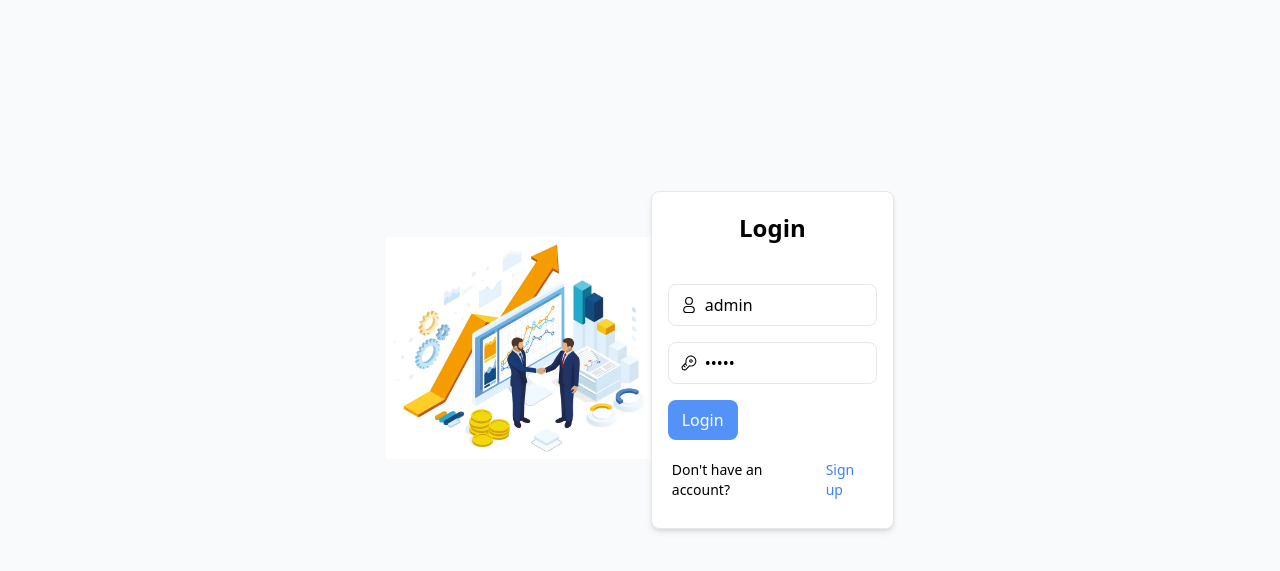
Repository: Fortivera/yourestate
Page: /
These files come from the project's save history. The page is drawn as it stood at one moment and after the next save; the edit follows.
The browser window is 1280 px wide. The pictures show the whole page.
The project was rebuilt for these pictures with package versions that can differ from the ones it lists, and the page was loaded fresh each time. The framework's server and built-in components were replaced by stand-ins that run in the browser. Also part of the build but not shown: next.config.js.

Above is the page before, as saved 2023-11-02 15:07:59.

### src/app/layout.tsx
import './globals.css'



export const metadata = {
  title: 'Home',
  description: "great explanation of something",
}

export default function RootLayout({ children }: { children: React.ReactNode }) {
  return (
    <html lang="en">
      <body>
        {children}
      </body>
    </html>
  );
}

### src/app/page.tsx
import Link from "next/link";
import Image from "next/image";
import SvgNewUser from "public/static/SvgNewUser";
import SvgPassword from "public/static/SvgPassword";

export default function Login() {
  return (
    <div className="min-h-screen bg-gray-50 flex items-center justify-center">
      <div className="flex justify-center items-center w-full px-4 py-10 tablet:w-[540px]">
        <div className="flex flex-col items-center w-full laptop:flex-row tablet:flex-col mobile:flex-col">
          {/** Image */}
          <figure className="w-full laptop:w-[600px] mb-6">
            <Image
              src="/static/growth.jpg"
              alt="login page picture"
              layout="responsive"
              width={600}  // Set the width for desktop/laptop view
              height={700}
              className="max-w-full"
            />
          </figure>
          {/** Form */}
          <div className="w-full px-4 pb-6 pt-5 bg-white border rounded-lg shadow-md">
            <h1 className="text-2xl font-semibold text-center mb-4">Login</h1>
            <div className="w-full mt-10 mb-4 relative">
              <label className="text-sm" htmlFor="Name">
                <SvgNewUser width={18} height={18} className={"absolute left-3 top-3"} />
              </label>
              <input
                defaultValue="admin"
                id="Name"
                type="text"
                name="Name"
                placeholder="Username"
                autoComplete="given-name"
                required
                className="block w-full border rounded-lg py-2 pl-9 mt-1 focus:ring focus:ring-blue-300"
              />
            </div>
            <div className="w-full mb-4 relative">
              <label className="text-sm" htmlFor="Password">
                <SvgPassword width={18} height={18} className={"absolute left-3 top-3"} />
              </label>
              <input
                defaultValue="admin"
                id="Password"
                type="password"
                name="Password"
                placeholder="Password"
                required
                className="block w-full border rounded-lg py-2 pl-9 mt-1 focus:ring focus:ring-blue-300"
              />
            </div>
            <button type="button" aria-label="Sign-in button" className="bg-[#5392f7] text-white rounded-lg w-1/3 py-2 mb-4 hover:bg-[#3b83f6]">
              <Link href="/dashboard">Login</Link>
            </button>
            <div className="flex text-sm justify-center">
              <div className="p-1">Don't have an account?</div>
              <Link href="/user" className="text-blue-500 hover:underline p-1">
                Sign up
              </Link>
            </div>
          </div>
        </div>
      </div>
    </div>
  );
}

### src/app/globals.css

@import url('https://fonts.googleapis.com/css2?family=Lora:ital,wght@0,400;0,500;0,600;1,400;1,500;1,600&family=Montserrat:ital,wght@0,300;0,400;0,500;0,600;1,300;1,400;1,500;1,600&family=Poppins:ital,wght@0,300;0,400;0,500;0,600;0,700;0,800;0,900;1,300;1,400;1,500;1,600;1,700;1,800;1,900&family=Noto+Sans:ital,wght@0,300;0,400;0,500;0,600;0,700;0,800;0,900;1,300;1,400;1,500;1,600;1,700;1,800;1,900&display=swap');

@tailwind base;
@tailwind components;
@tailwind utilities;

.navbarDark{
  background-color:rgb(45 48 56 );
  color: #ddd;
}
.navbarLight {
  background-color: rgb(59 130 246 / 0.5);
  color: black;
}
.propertyListLight {
  background-color: rgb(249 250 251);
  color: black;
  border-color: rgb(229 231 235);
  }
.propertyListDark {
  background-color:rgb(45 48 56 / 0.95);
  color: #ddd;

}
.searchbarLight {
  background-color: rgb(248 250 252);
  color: black;

}
.searchbarDark {
  background-color:rgb(100 116 139 / 0.6);
  color: #ddd;
}
.propertyLight {
  background-color: rgb(249 250 251);
  color: black;

}
.propertyDark {
  background-color:rgb(45 48 56 / 0.95);
  color: #ddd;
}

### public/static/SvgNewUser.tsx
import * as React from "react"
import { SVGProps } from "react"
const SvgNewUser = (props: SVGProps<SVGSVGElement>) => (
  <svg
    xmlns="http://www.w3.org/2000/svg"
    width={800}
    height={800}
    fill="none"
    viewBox="0 0 24 24"
    {...props}
  >
    <g fill="#000" fillRule="evenodd" clipRule="evenodd">
      <path d="M12 2.75a3.75 3.75 0 1 0 0 7.5 3.75 3.75 0 0 0 0-7.5ZM6.75 6.5a5.25 5.25 0 1 1 10.5 0 5.25 5.25 0 0 1-10.5 0ZM4.25 18.571a5.321 5.321 0 0 1 5.321-5.321h4.858a5.321 5.321 0 0 1 5.321 5.321 4.179 4.179 0 0 1-4.179 4.179H8.43a4.179 4.179 0 0 1-4.179-4.179Zm5.321-3.821a3.821 3.821 0 0 0-3.821 3.821c0 1.48 1.2 2.679 2.679 2.679h7.142c1.48 0 2.679-1.2 2.679-2.679 0-2.11-1.71-3.821-3.821-3.821H9.57Z" />
    </g>
  </svg>
)
export default SvgNewUser

### public/static/SvgPassword.tsx
import * as React from "react"
import { SVGProps } from "react"
const SvgPassword = (props: SVGProps<SVGSVGElement>) => (
    <svg
        xmlns="http://www.w3.org/2000/svg"
        width={800}
        height={800}
        fill="none"
        viewBox="0 0 24 24"
        {...props}
    >
        <g fill="#000" fillRule="evenodd" clipRule="evenodd">
            <path d="M4.51 14.999a.689.689 0 0 1 .975 0l1.75 1.749a.689.689 0 0 1-.975.974l-1.75-1.75a.689.689 0 0 1 0-.973ZM6.698 12.812a.689.689 0 0 1 .974 0l1.749 1.75a.689.689 0 0 1-.974.974l-1.75-1.75a.689.689 0 0 1 0-.974Z" />
            <path d="M18.752 5.232c-2.32-2.313-6.075-2.312-8.386 0h-.001c-1.612 1.604-2.1 3.915-1.472 5.958.075.243.009.509-.172.69L3.74 16.86a.975.975 0 0 0-.184.341.912.912 0 0 0-.055.38l.001.006.262 1.901a.912.912 0 0 0 .262.474.857.857 0 0 0 .462.256l1.913.263c.08.012.223.003.385-.05a.838.838 0 0 0 .324-.177l.008-.007 4.995-4.986a.688.688 0 0 1 .692-.17c2.028.634 4.34.14 5.956-1.466a5.94 5.94 0 0 0-.009-8.393Zm-9.36-.975c2.85-2.85 7.475-2.848 10.332 0 2.86 2.849 2.86 7.493.01 10.342l-.001.002A7.316 7.316 0 0 1 12.8 16.52l-4.707 4.698a2.19 2.19 0 0 1-.883.523c-.309.1-.668.152-1.006.104h-.003L4.3 21.582c-.491-.069-.928-.326-1.25-.65a2.279 2.279 0 0 1-.649-1.24l-.001-.01-.262-1.902v-.003a2.26 2.26 0 0 1 .111-1.012c.102-.305.27-.625.505-.868l.007-.007 4.703-4.702c-.591-2.404.043-5.056 1.928-6.932Z" />
            <path d="M14.62 8.302a1.06 1.06 0 1 0 0 2.121 1.06 1.06 0 0 0 0-2.121Zm-2.438 1.06a2.438 2.438 0 1 1 4.876 0 2.438 2.438 0 0 1-4.877 0Z" />
        </g>
    </svg>
)
export default SvgPassword

### tailwind.config.js
/* eslint-disable prettier/prettier */
/** @type {import('tailwindcss').Config} */
module.exports = {
  content: [
    "./app/**/*.{js,ts,jsx,tsx}",
    "./pages/**/*.{js,ts,jsx,tsx}",
    "./components/**/*.{js,ts,jsx,tsx}",

    // Or if using `src` directory:
    "./src/**/*.{js,ts,jsx,tsx}",
  ],
  theme: {
    extend: {
      fontFamily: {
        Poppins: ["Poppins", "sans-serif"],
        Montserrat: ["Montserrat", "sans-serif"],
        Lora: ["Lora", "sans-serif"],
        Noto: ["Noto Sans", "sans-serif"],
      },
      screens: {
        'mobile': "320px",
        'tablet': "481px",
        'laptop': "769px",
       ' desktop': "1025px",
      },


    },
    plugins: [],
  },
}

After the next save:
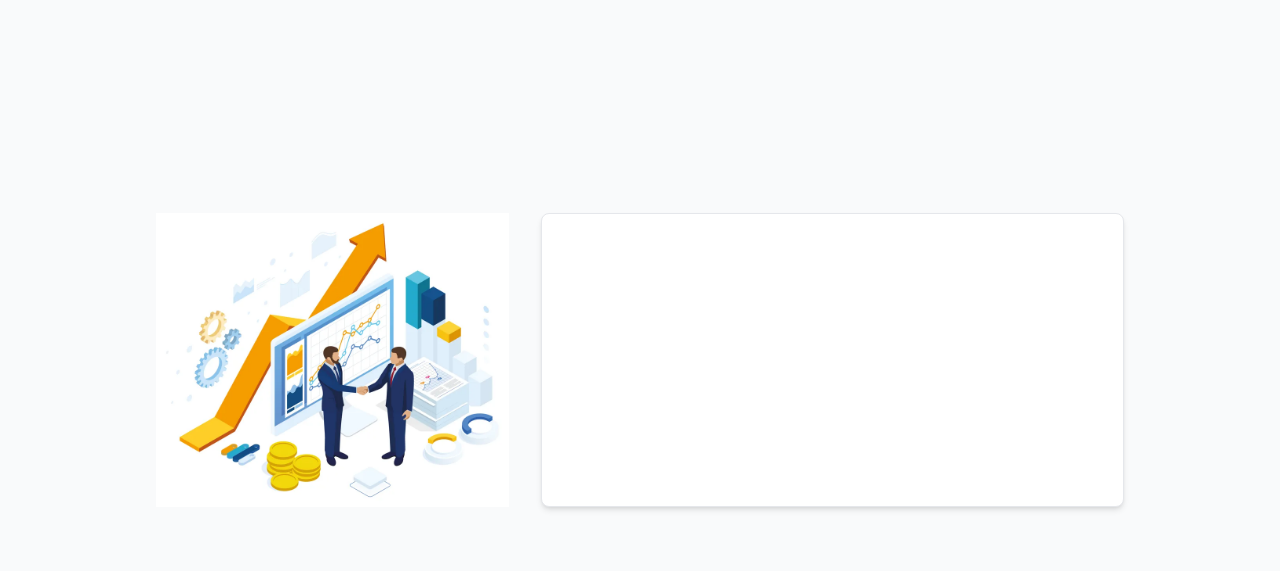
Saved 2 min 26 s later.
--- a/src/app/page.tsx
+++ b/src/app/page.tsx
@@ -6,61 +6,22 @@ import SvgPassword from "public/static/SvgPassword";
 export default function Login() {
   return (
     <div className="min-h-screen bg-gray-50 flex items-center justify-center">
-      <div className="flex justify-center items-center w-full px-4 py-10 tablet:w-[540px]">
-        <div className="flex flex-col items-center w-full laptop:flex-row tablet:flex-col mobile:flex-col">
-          {/** Image */}
-          <figure className="w-full laptop:w-[600px] mb-6">
-            <Image
-              src="/static/growth.jpg"
-              alt="login page picture"
-              layout="responsive"
-              width={600}  // Set the width for desktop/laptop view
-              height={700}
-              className="max-w-full"
-            />
-          </figure>
-          {/** Form */}
-          <div className="w-full px-4 pb-6 pt-5 bg-white border rounded-lg shadow-md">
-            <h1 className="text-2xl font-semibold text-center mb-4">Login</h1>
-            <div className="w-full mt-10 mb-4 relative">
-              <label className="text-sm" htmlFor="Name">
-                <SvgNewUser width={18} height={18} className={"absolute left-3 top-3"} />
-              </label>
-              <input
-                defaultValue="admin"
-                id="Name"
-                type="text"
-                name="Name"
-                placeholder="Username"
-                autoComplete="given-name"
-                required
-                className="block w-full border rounded-lg py-2 pl-9 mt-1 focus:ring focus:ring-blue-300"
-              />
-            </div>
-            <div className="w-full mb-4 relative">
-              <label className="text-sm" htmlFor="Password">
-                <SvgPassword width={18} height={18} className={"absolute left-3 top-3"} />
-              </label>
-              <input
-                defaultValue="admin"
-                id="Password"
-                type="password"
-                name="Password"
-                placeholder="Password"
-                required
-                className="block w-full border rounded-lg py-2 pl-9 mt-1 focus:ring focus:ring-blue-300"
-              />
-            </div>
-            <button type="button" aria-label="Sign-in button" className="bg-[#5392f7] text-white rounded-lg w-1/3 py-2 mb-4 hover:bg-[#3b83f6]">
-              <Link href="/dashboard">Login</Link>
-            </button>
-            <div className="flex text-sm justify-center">
-              <div className="p-1">Don't have an account?</div>
-              <Link href="/user" className="text-blue-500 hover:underline p-1">
-                Sign up
-              </Link>
-            </div>
-          </div>
+      <div className="w-full px-4 py-10 tablet:w-[540px] laptop:w-[1000px] laptop:flex laptop:flex-row laptop:space-x-8">
+        {/* Image */}
+        <figure className="laptop:w-[600px] tablet:w-full">
+          <Image
+            src="/static/growth.jpg"
+            alt="login page picture"
+            layout="responsive"
+            width={600} // Set a fixed width for desktop and laptop
+            height={400} // Adjust the height as needed
+            className="w-full"
+          />
+        </figure>
+
+        {/* Form */}
+        <div className="w-full px-4 pb-8 pt-2 bg-white border rounded-lg shadow-md">
+          {/* ... rest of the code ... */}
         </div>
       </div>
     </div>
